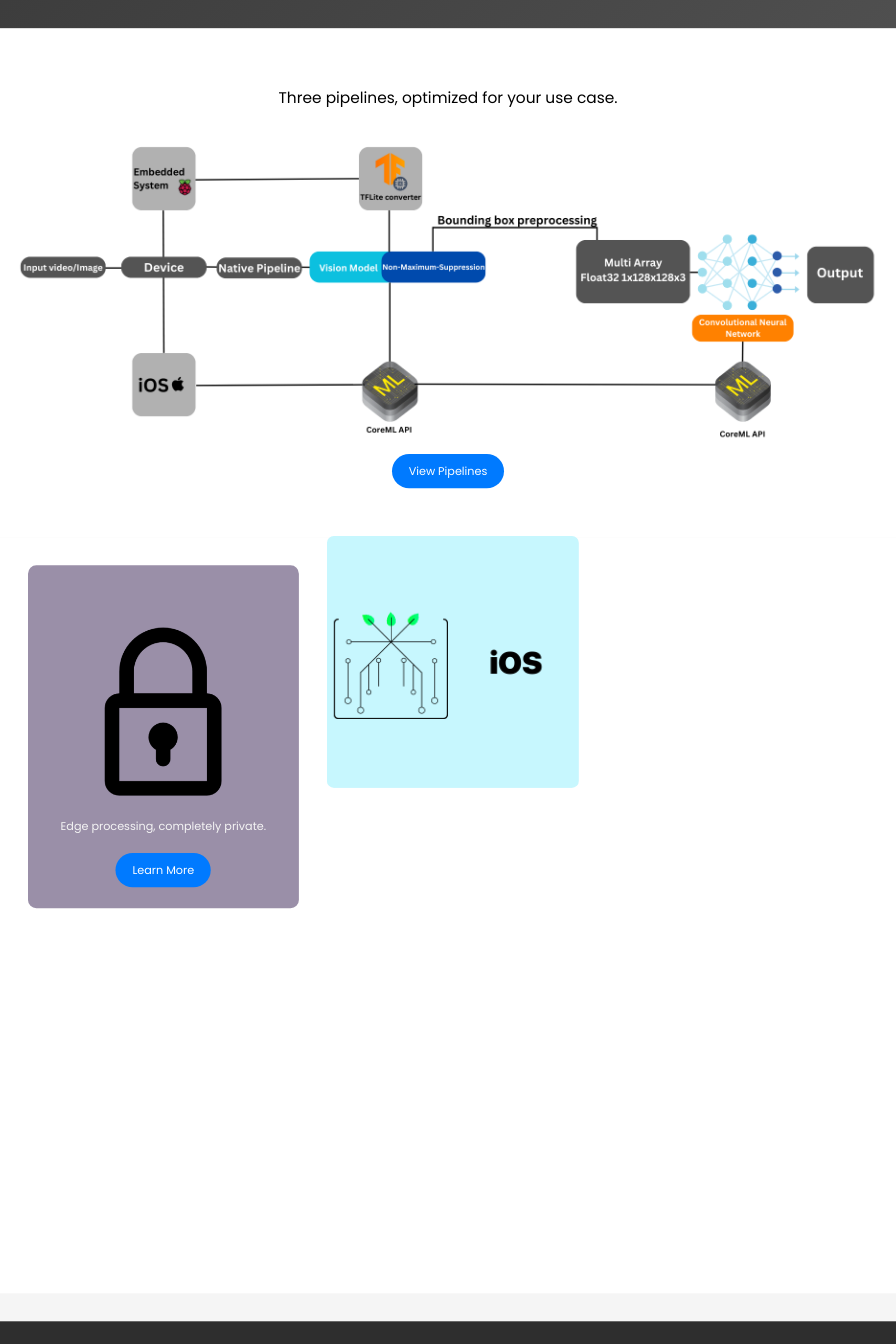
Repository: jss1118/The-Deeproot-Project
Page: Website/index.html
An editor plug-in stored every save of this project. The page is shown before and after the next save, followed by the edit.
The browser window is 1280 px wide. The pictures show the part of the page from y = 1141 to 3061 px (the page is 3212 px tall), at 70% of full size.

Above is the page before, as saved 2025-03-21 13:30:17.

After the next save:
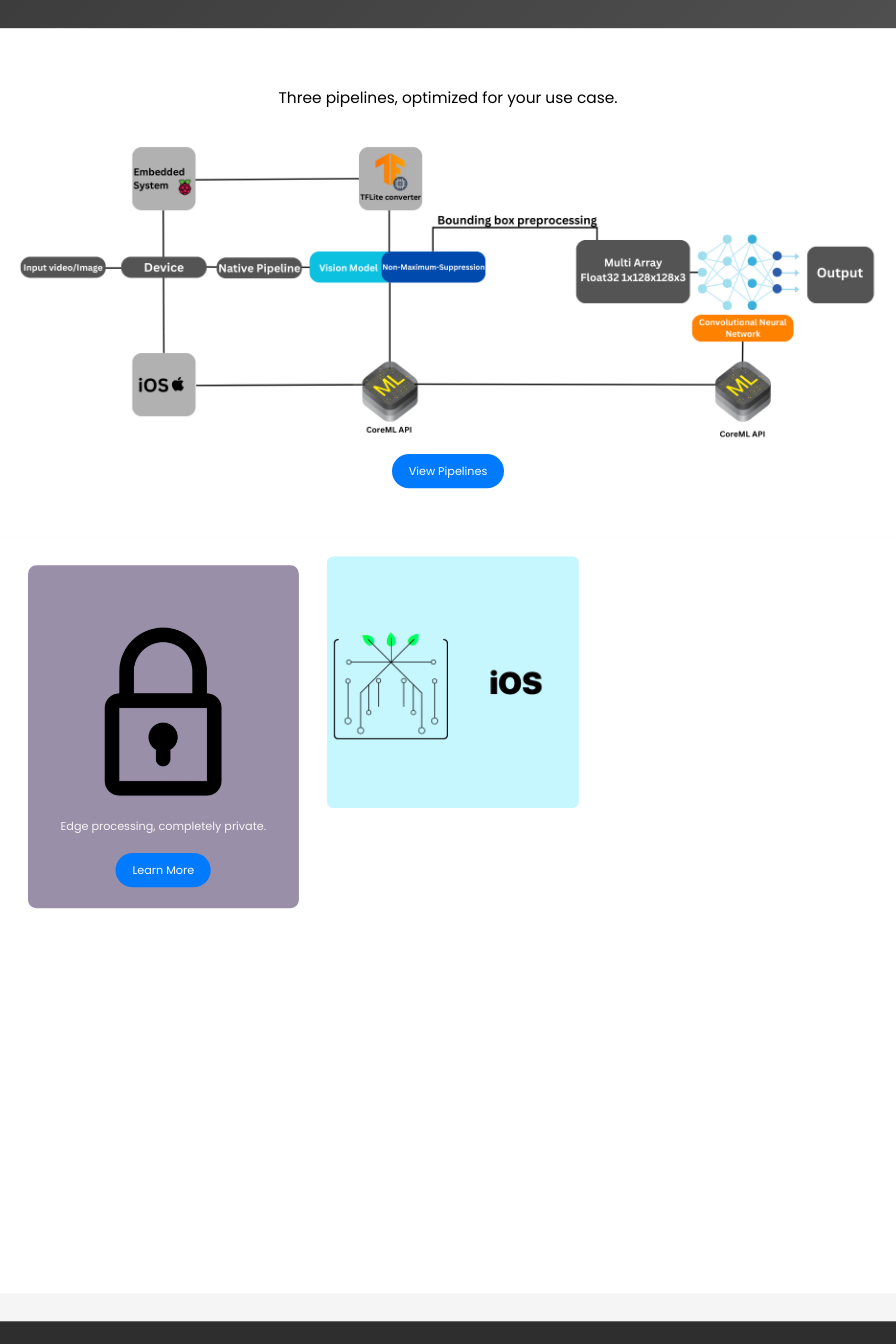
Saved 5 s later.
--- a/Website/index.html
+++ b/Website/index.html
@@ -135,7 +135,7 @@
       border-radius: 10px;
       background-color: rgb(199, 247, 254);
       position: relative;
-      bottom: 30px;
+      bottom: 1px;
     }
 
     footer {

After the save that followed:
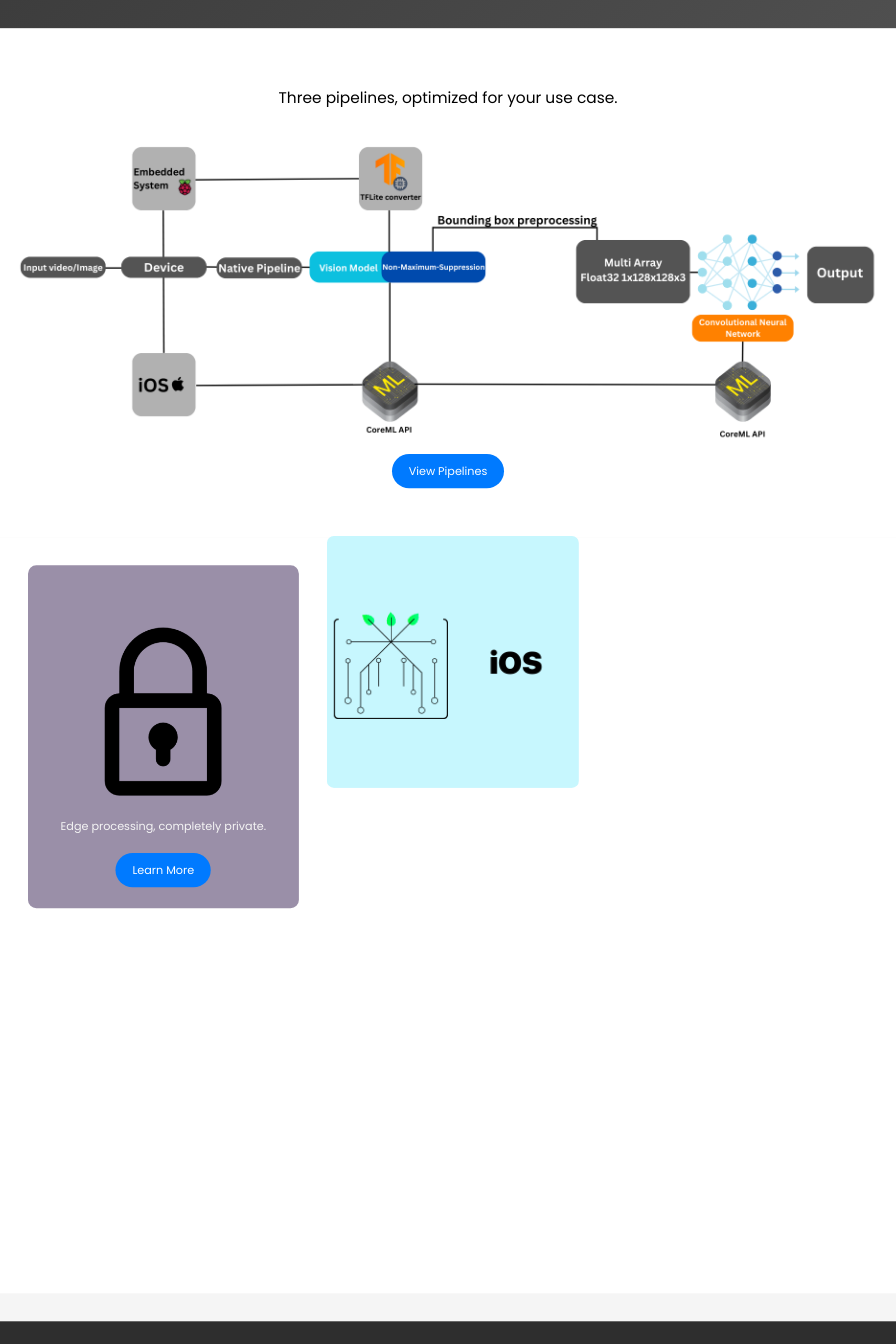
Saved 6 s later.
--- a/Website/index.html
+++ b/Website/index.html
@@ -135,7 +135,7 @@
       border-radius: 10px;
       background-color: rgb(199, 247, 254);
       position: relative;
-      bottom: 1px;
+      bottom: 30px;
     }
 
     footer {
